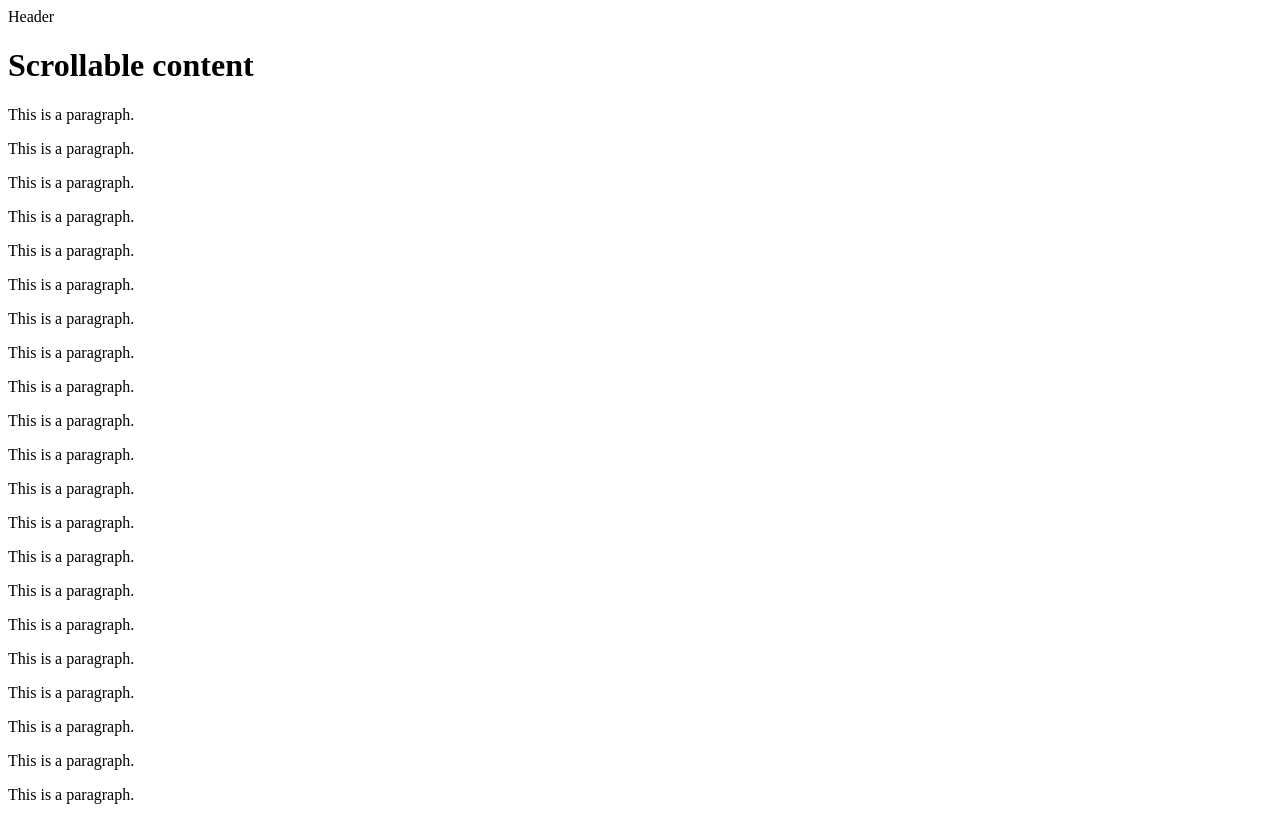
Repository: Sarah7223/internet-programming-tp
Page: TP1/ex9.html
These files come from the project's save history. The page is drawn as it stood at one moment and after the next save; the edit follows.
The browser window is 1280 px wide. The pictures show the whole page.

Above is the page before, as saved 2022-12-26 15:43:36.

### TP1/ex9.html
<html>
    <head>
        <style>

        </style>
    </head>
    <body>
        <div class="container">
            <div class="header">
                Header
            </div>
            <div class="content">
                <h1>Scrollable content</h1>
                <p>This is a paragraph.</p>
                <p>This is a paragraph.</p>
                <p>This is a paragraph.</p>
                <p>This is a paragraph.</p>
                <p>This is a paragraph.</p>
                <p>This is a paragraph.</p>
                <p>This is a paragraph.</p>
                <p>This is a paragraph.</p>
                <p>This is a paragraph.</p>
                <p>This is a paragraph.</p>
                <p>This is a paragraph.</p>
                <p>This is a paragraph.</p>
                <p>This is a paragraph.</p>
                <p>This is a paragraph.</p>
                <p>This is a paragraph.</p>
                <p>This is a paragraph.</p>
                <p>This is a paragraph.</p>
                <p>This is a paragraph.</p>
                <p>This is a paragraph.</p>
                <p>This is a paragraph.</p>
                <p>This is a paragraph.</p>
            </div>
        </div>
    </body>
</html>

After the next save:
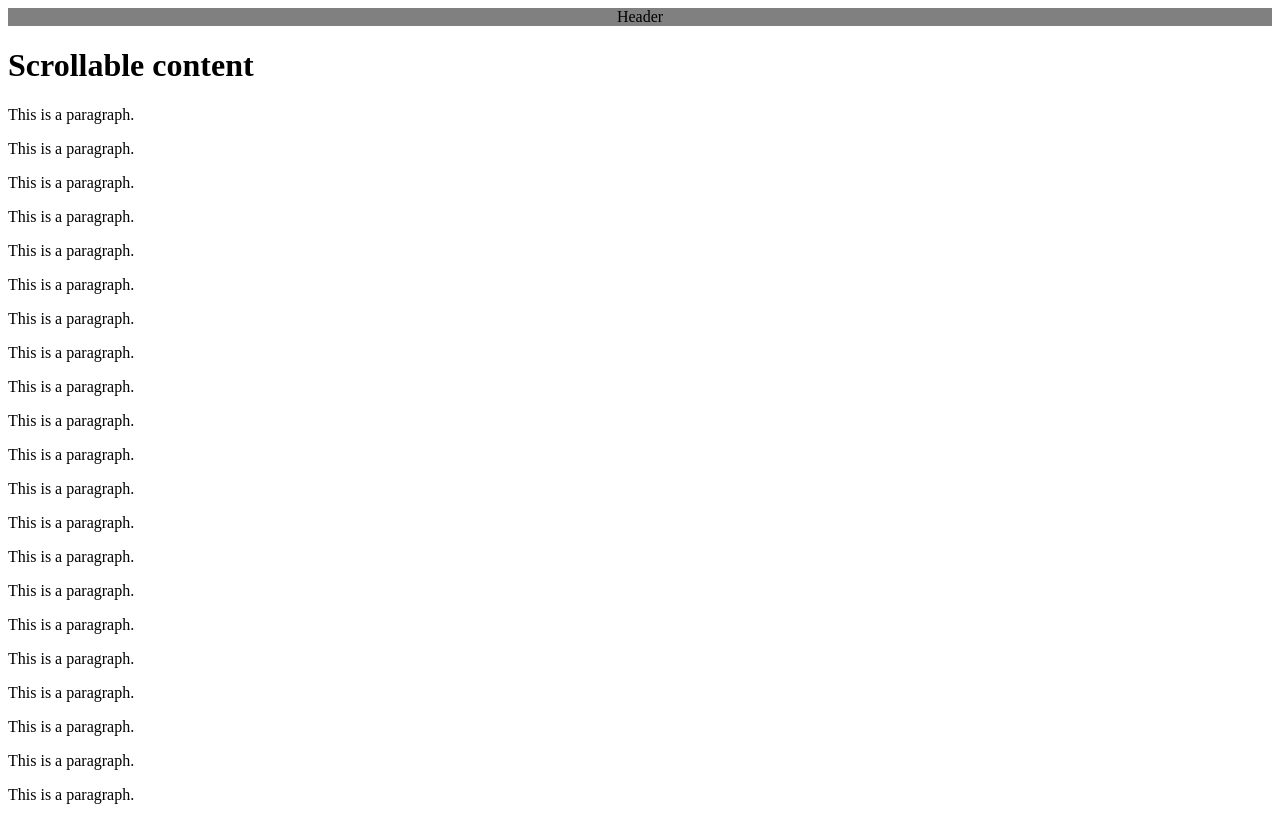
Saved 54 s later.
--- a/TP1/ex9.html
+++ b/TP1/ex9.html
@@ -1,6 +1,10 @@
 <html>
     <head>
         <style>
+            .header{
+                background-color: grey;
+                text-align: center;
+            }
 
         </style>
     </head>
